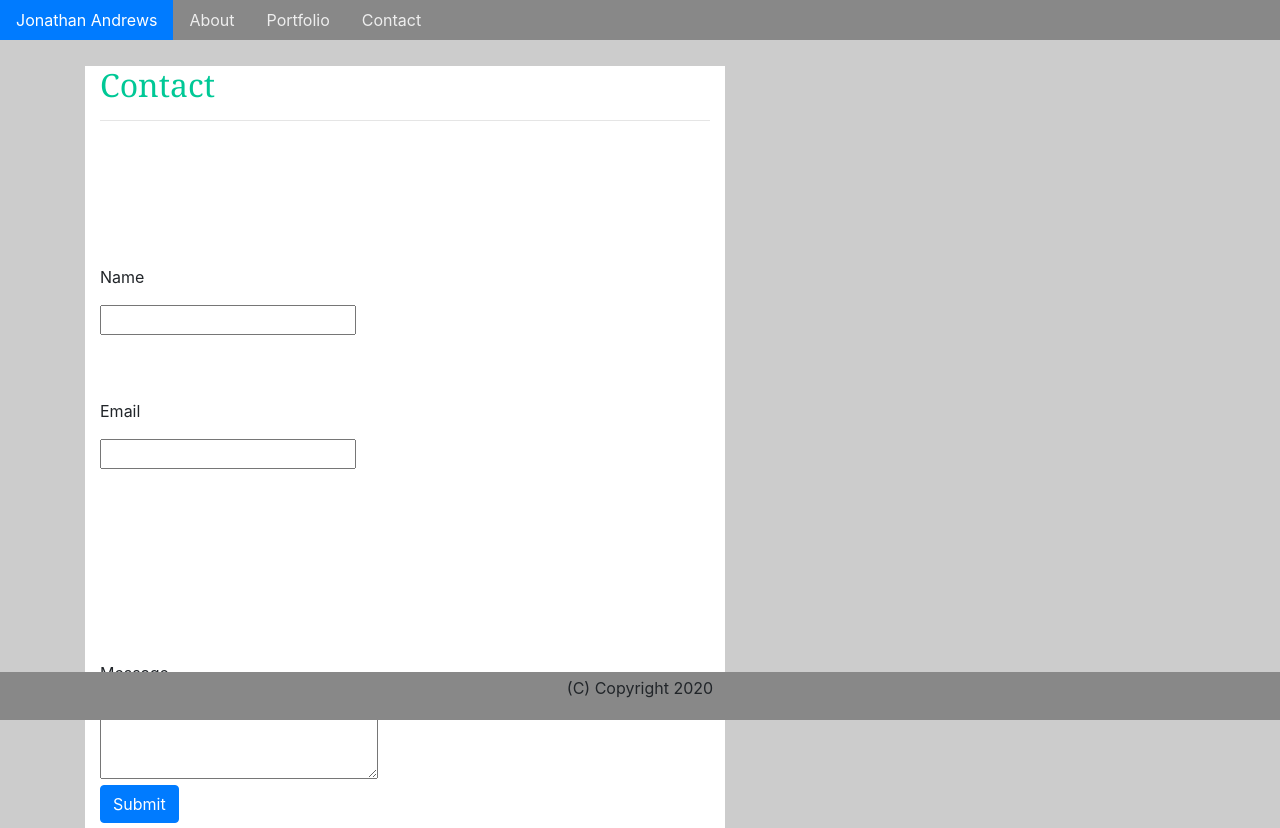
Repository: ionathas78/ionathas78.github.io
Page: contact.html
The author's editor kept a copy of each file at every save. The page is drawn from the files as they stood at one save, then again after the next save.
The browser window is 1280 px wide. The pictures show the whole page.

Above is the page before, as saved 2020-03-17 14:47:49.

After the next save:
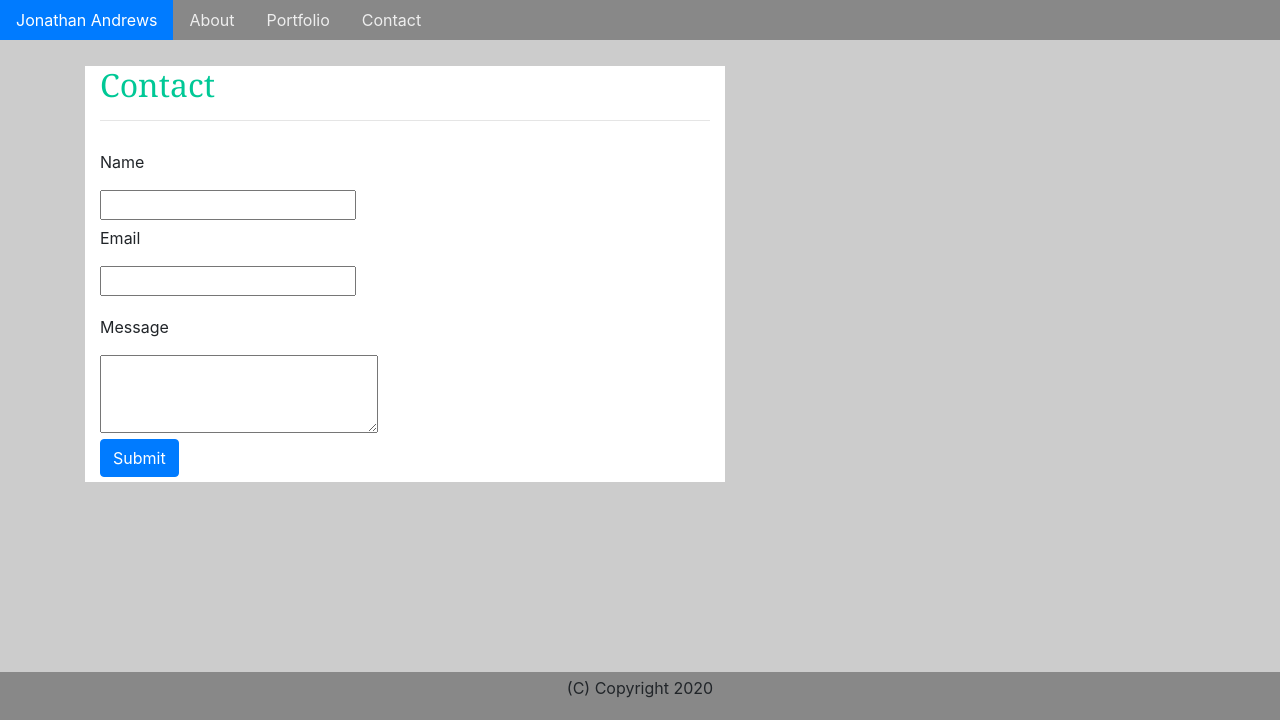
Saved 16 s later.
--- a/contact.html
+++ b/contact.html
@@ -34,11 +34,11 @@
                     <div class="input-group">
 
                     </div>
-                    <p style="padding-top: 10vw;">Name</p>
+                    <p style="padding-top: 1vw;">Name</p>
                     <input id="name"></input>
-                    <p style="padding-top: 5vw;">Email</p>
+                    <p style="padding-top: 0.5vw;">Email</p>
                     <input id="email"></input>
-                    <p style="padding-top: 15vw">Message</p>
+                    <p style="padding-top: 1.5vw">Message</p>
                     <textarea id="message" rows="3" cols="25"></textarea>
                     <br>
                     <button type="button" class="btn btn-primary" id="submit-btn" style="margin-bottom: 5px">Submit</button>
